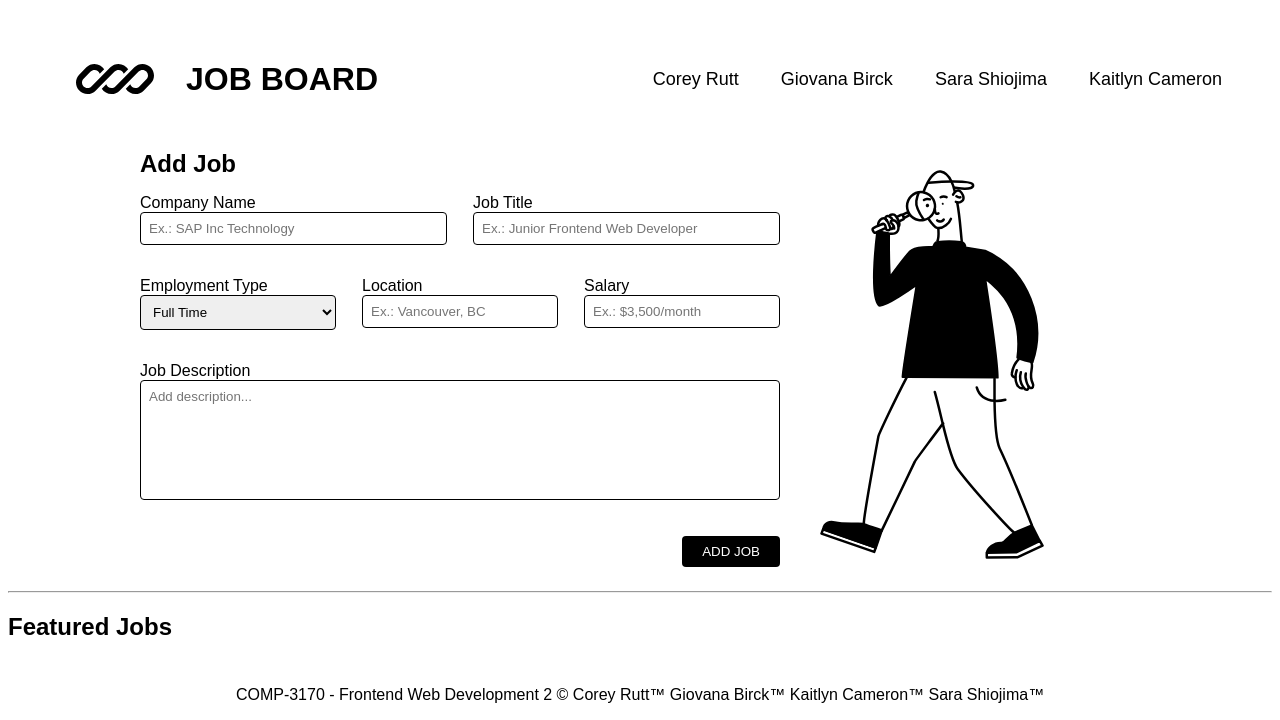
Repository: kcameron37/Final-Project-FrontEnd
Page: /
These files come from the project's save history. The page is drawn as it stood at one moment and after a run of saves; the edit follows.
The browser window is 1280 px wide. The pictures show the whole page.
The project was rebuilt for these pictures with package versions that can differ from the ones it lists, and the page was loaded fresh each time.

Above is the page before, as saved 2023-11-14 21:38:10.

After the next 2 saves:
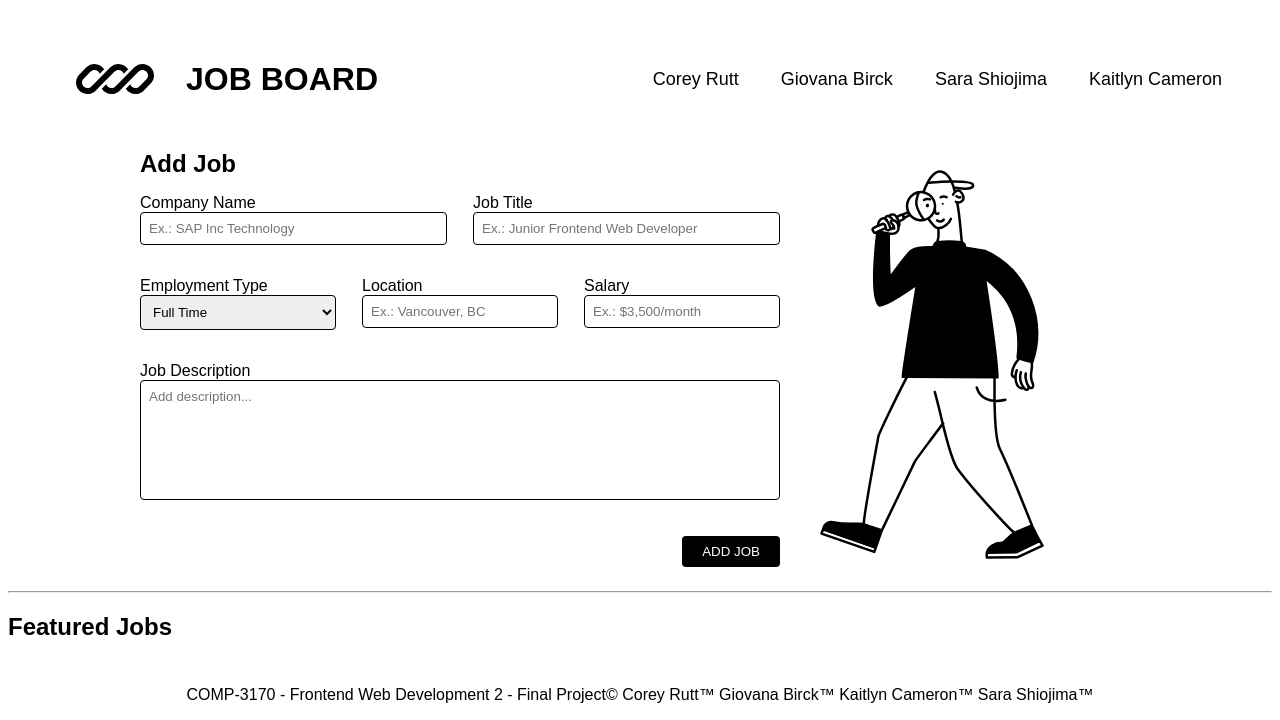
The 2 saves are shown as one change because they came seconds apart.
The last was saved 10 s later.
--- a/src/index.js
+++ b/src/index.js
@@ -10,6 +10,6 @@ const root = createRoot(rootElement);
 root.render(
   <StrictMode>
     <App />
-    <p className="footer">COMP-3170 - Frontend Web Development 2  &copy; Corey Rutt&trade; Giovana Birck&trade; Kaitlyn Cameron&trade; Sara Shiojima&trade; </p>
+    <p className="footer">COMP-3170 - Frontend Web Development 2 - Final Project&copy; Corey Rutt&trade; Giovana Birck&trade; Kaitlyn Cameron&trade; Sara Shiojima&trade; </p>
   </StrictMode>
 );
